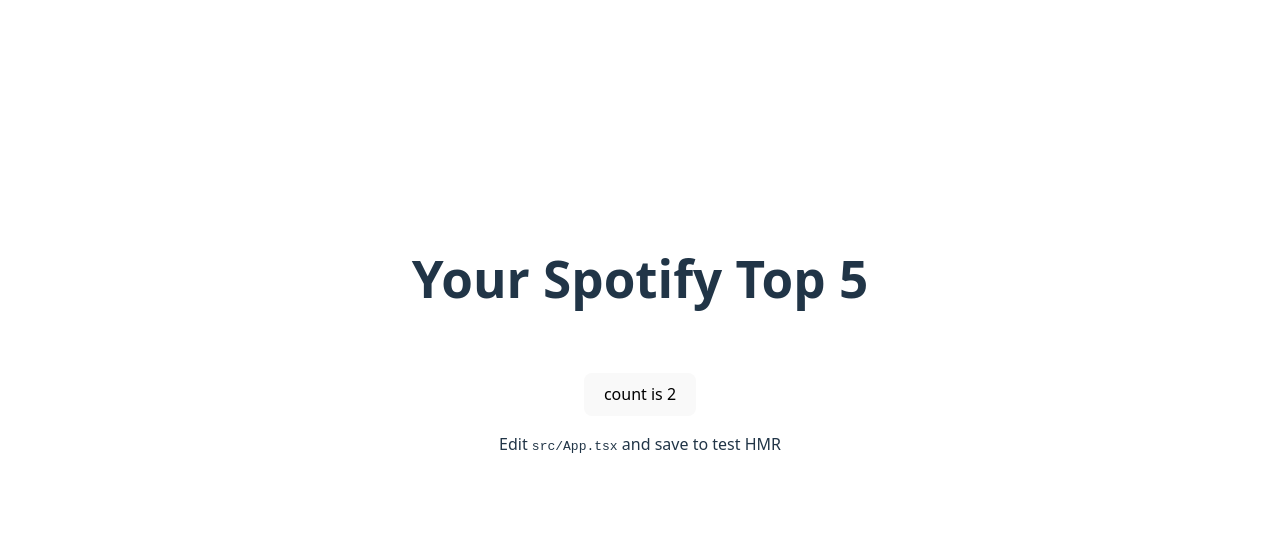
Repository: jakatan/Snarkify
Page: /
The author's editor kept a copy of each file at every save. The page is drawn from the files as they stood at one save, then again after the next save.
The browser window is 1280 px wide. The pictures show the whole page.
The project was rebuilt for these pictures with package versions that can differ from the ones it lists, and the page was loaded fresh each time. Also part of the build but not shown: vite.config.ts.

Above is the page before, as saved 2025-04-05 14:40:02.

After the next save:
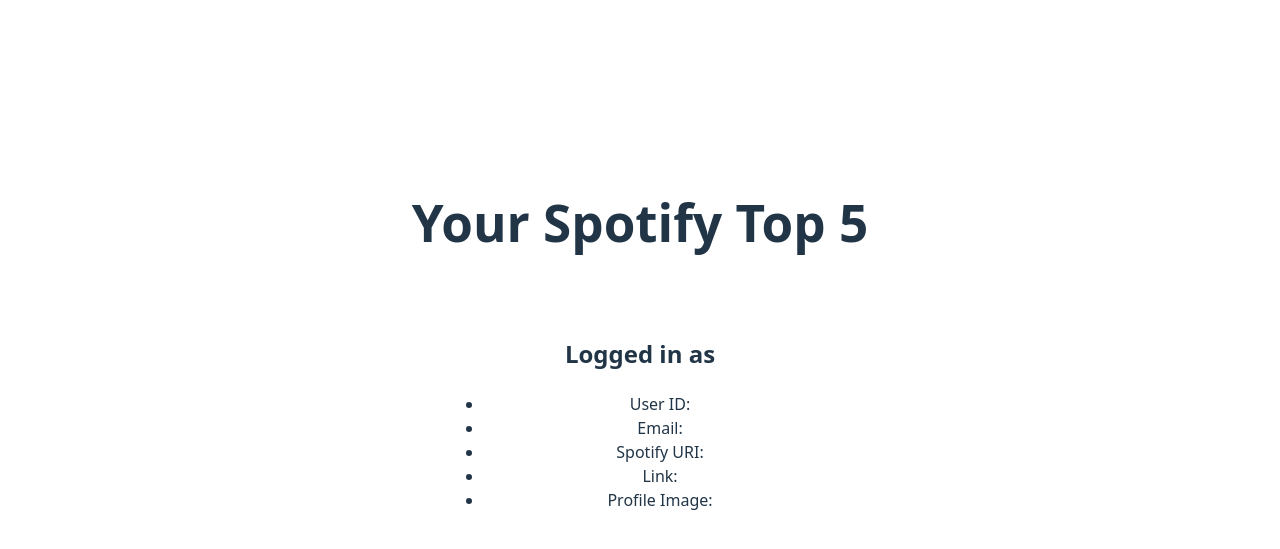
Saved 34 s later.
--- a/src/App.tsx
+++ b/src/App.tsx
@@ -4,18 +4,34 @@
 import "./App.css";
 
 function App() {
-  const [count, setCount] = useState(0);
-
   return (
     <>
       <h1>Your Spotify Top 5</h1>
       <div className="card">
-        <button onClick={() => setCount((count) => count + 1)}>
-          count is {2}
-        </button>
-        <p>
-          Edit <code>src/App.tsx</code> and save to test HMR
-        </p>
+        <script src="src/script.ts" type="module"></script>
+        <section id="profile">
+          <h2>
+            Logged in as <span id="displayName"></span>
+          </h2>
+          <span id="avatar"></span>
+          <ul>
+            <li>
+              User ID: <span id="id"></span>
+            </li>
+            <li>
+              Email: <span id="email"></span>
+            </li>
+            <li>
+              Spotify URI: <a id="uri" href="#"></a>
+            </li>
+            <li>
+              Link: <a id="url" href="#"></a>
+            </li>
+            <li>
+              Profile Image: <span id="imgUrl"></span>
+            </li>
+          </ul>
+        </section>
       </div>
     </>
   );
